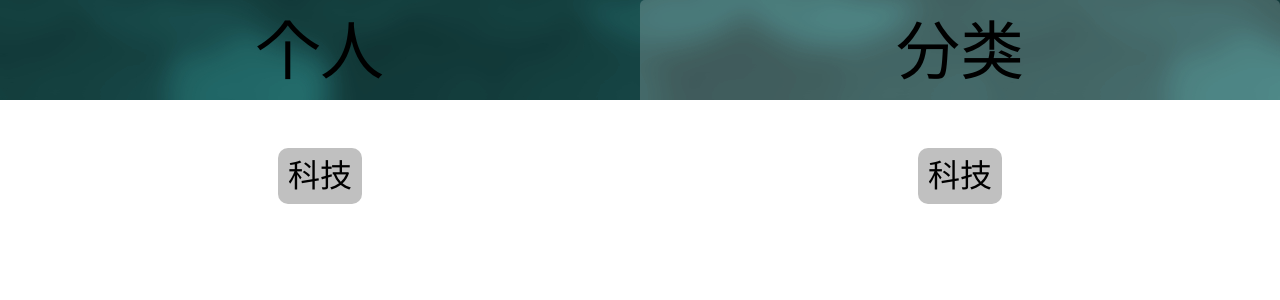
Repository: aoandxie/AoNews
Page: AoNews/WebContent/classify.html
An editor plug-in stored every save of this project. The page is shown before and after the next save, followed by the edit.
The browser window is 1280 px wide. The pictures show the whole page.

Above is the page before, as saved 2017-03-05 16:04:50.

After the next save:
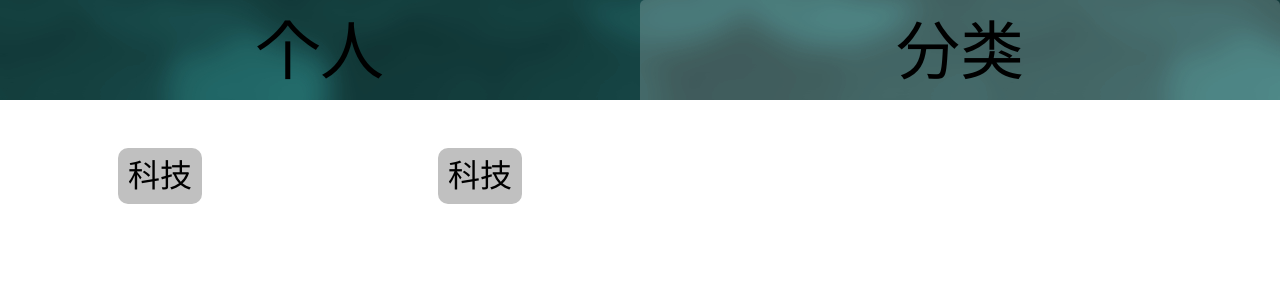
Saved 15 s later.
--- a/AoNews/WebContent/common_style.css
+++ b/AoNews/WebContent/common_style.css
@@ -119,7 +119,7 @@ a{
 
 .ClassBox{
 	float: left;
-	width: 50%;
+	width: 25%;
 }
 
 .ClassBox a{
